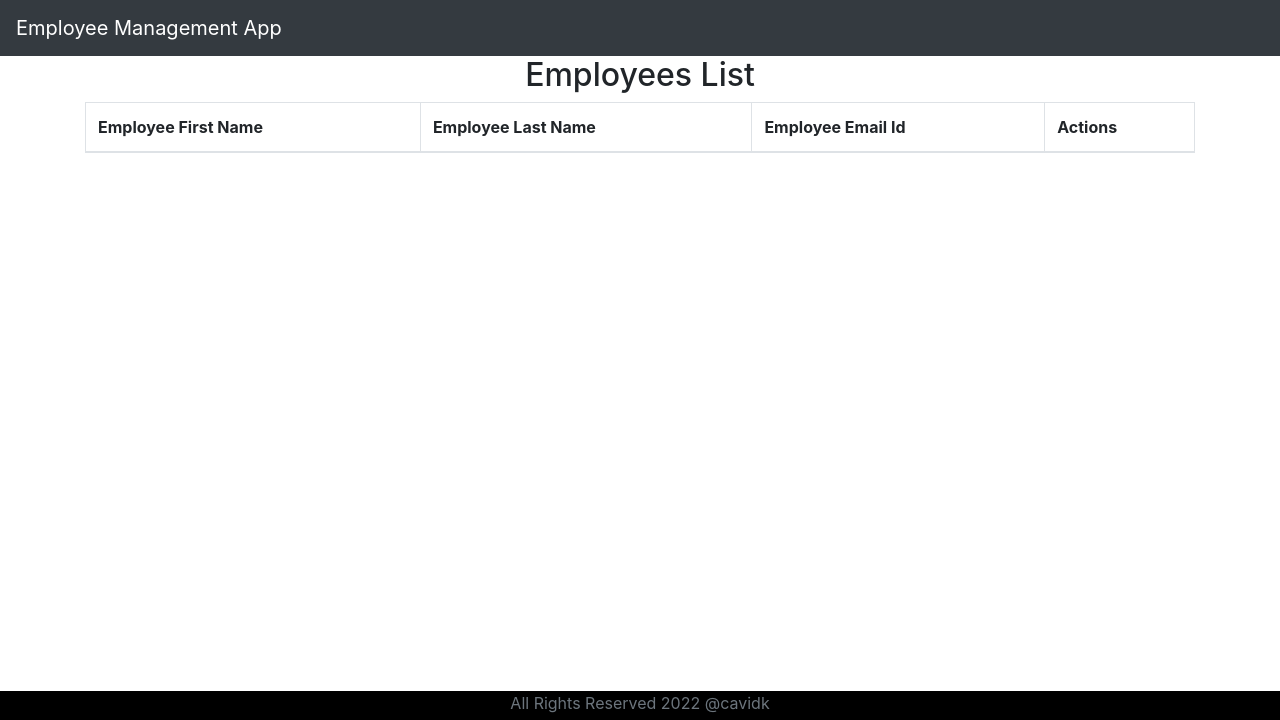
Repository: cavidk/react-springboot-crud-app-front
Page: / (app in react-fontend/)
These files come from the project's save history. The page is drawn as it stood at one moment and after the next save; the edit follows.
The browser window is 1280 px wide. The pictures show the whole page.
The page's requests for data from a server got no answer. The project was rebuilt for these pictures with package versions that can differ from the ones it lists, and the page was loaded fresh each time. No one was signed in, and anything a server would have sent is missing.

Above is the page before, as saved 2022-09-18 12:47:43.

### react-fontend/public/index.html
<!DOCTYPE html>
<html lang="en">
  <head>
    <meta charset="utf-8" />
    <link rel="icon" href="%PUBLIC_URL%/favicon.ico" />
    <meta name="viewport" content="width=device-width, initial-scale=1" />
    <meta name="theme-color" content="#000000" />
    <meta
      name="description"
      content="Web site created using create-react-app"
    />
    <link rel="apple-touch-icon" href="%PUBLIC_URL%/logo192.png" />
    <!--
      manifest.json provides metadata used when your web app is installed on a
      user's mobile device or desktop. See https://developers.google.com/web/fundamentals/web-app-manifest/
    -->
    <link rel="manifest" href="%PUBLIC_URL%/manifest.json" />
    <!--
      Notice the use of %PUBLIC_URL% in the tags above.
      It will be replaced with the URL of the `public` folder during the build.
      Only files inside the `public` folder can be referenced from the HTML.

      Unlike "/favicon.ico" or "favicon.ico", "%PUBLIC_URL%/favicon.ico" will
      work correctly both with client-side routing and a non-root public URL.
      Learn how to configure a non-root public URL by running `npm run build`.
    -->
    <title>React App</title>
    <link rel="stylesheet" href="https://cdn.jsdelivr.net/npm/bootstrap@4.0.0/dist/css/bootstrap.min.css" integrity="sha384-Gn5384xqQ1aoWXA+058RXPxPg6fy4IWvTNh0E263XmFcJlSAwiGgFAW/dAiS6JXm" crossorigin="anonymous">
  </head>
  <body>
    <noscript>You need to enable JavaScript to run this app.</noscript>
    <div id="root"></div>
    <!--
      This HTML file is a template.
      If you open it directly in the browser, you will see an empty page.

      You can add webfonts, meta tags, or analytics to this file.
      The build step will place the bundled scripts into the <body> tag.

      To begin the development, run `npm start` or `yarn start`.
      To create a production bundle, use `npm run build` or `yarn build`.
    -->
  </body>
</html>

### react-fontend/src/index.js
import React from 'react';
import ReactDOM from 'react-dom/client';
import './index.css';
import App from './App';
import reportWebVitals from './reportWebVitals';


const root = ReactDOM.createRoot(document.getElementById('root'));
root.render(
    <React.StrictMode>
      <App />
    </React.StrictMode>
 );

// If you want to start measuring performance in your app, pass a function
// to log results (for example: reportWebVitals(console.log))
// or send to an analytics endpoint. Learn more: https://bit.ly/CRA-vitals
reportWebVitals();

### react-fontend/src/App.js

import './App.css';
import ListEmployeeComponent from './components/ListEmployeeComponent';
import HeaderComponent from './components/HeaderComponent';
import FooterComponent from './components/FooterComponent';

function App() {
  return (

    <div>
          <HeaderComponent />
        <div className="container">
          <ListEmployeeComponent />
        </div>
          <FooterComponent />
    </div>
  );
}

export default App;

### react-fontend/src/App.css
.App {
  text-align: center;
}

.App-logo {
  height: 40vmin;
  pointer-events: none;
}

@media (prefers-reduced-motion: no-preference) {
  .App-logo {
    animation: App-logo-spin infinite 20s linear;
  }
}

.App-header {
  background-color: #282c34;
  min-height: 100vh;
  display: flex;
  flex-direction: column;
  align-items: center;
  justify-content: center;
  font-size: calc(10px + 2vmin);
  color: white;
}

.App-link {
  color: #61dafb;
}

@keyframes App-logo-spin {
  from {
    transform: rotate(0deg);
  }
  to {
    transform: rotate(360deg);
  }
}

.footer{
position: absolute;
bottom: 0%;
width: 100%;
height: 4%;
background-color: black;
text-align: center;
color: white;
}

### react-fontend/src/components/ListEmployeeComponent.jsx
import React, { Component } from 'react'
import EmployeeService from '../services/EmployeeService'

export default class ListEmployeeComponent extends Component {
  constructor(props){
   super(props)

   this.state = {

      employees : []
   }
  }

    componentDidMount(){
       EmployeeService.getEmployees().then((res) => {
          this.setState({employees: res.data});

   });
  }

   render() {
    return (
      <div>
        <h2 className="text-center">Employees List</h2>
        <div className="row"></div>
        <table className="table table-striped table-bordered">
          <thead>
            <tr>
             <th>Employee First Name</th>
             <th>Employee Last Name</th>
             <th>Employee Email Id</th>
             <th>Actions</th>
            </tr>
          </thead>
            <tbody>
               {
                 this.state.employees.map(
                   employee =>
                   <tr key = {employee.id}>
                       <td>{employee.firstName}</td>
                       <td>{employee.lastName}</td>
                       <td>{employee.emailId}</td>
                   </tr>
                 )
               }
            </tbody>
         </table>
      </div>
    )
  }
}

### react-fontend/src/components/HeaderComponent.js
import React, { Component } from 'react'

export default class HeaderComponent extends Component {
  render() {

    return (
       <div>
         <header>
           <nav className="navbar navbar-expand-md navbar-dark bg-dark">
        <div>
            <a href='https://github.com/cavidk' className='navbar-brand'>
              Employee Management App
            </a>
        </div>
        </nav>
         </header>
       </div>
    )
  }
}

### react-fontend/src/components/FooterComponent.jsx
import React, { Component } from 'react'

export default class FooterComponent extends Component {
  render() {
    return (
      <div>
         <footer className= "footer">

          <span className='text-muted'>All Rights Reserved 2022 @cavidk</span>
         </footer>
      </div>
    )
  }
}

### react-fontend/src/services/EmployeeService.js
import axios from 'axios';

const EMPLOYEE_APP_BASE_URL = "http://localhost:8080/api/v1/employees";

class EmployeeService{
   getEmployees(){
      return axios.get("EMPLOYEE_APP_BASE_URL", this.getEmployees);
   }
}
export default new EmployeeService()

Loaded but not shown: react-fontend/src/index.css (common file); react-fontend/src/reportWebVitals.js (common file)

After the next save:
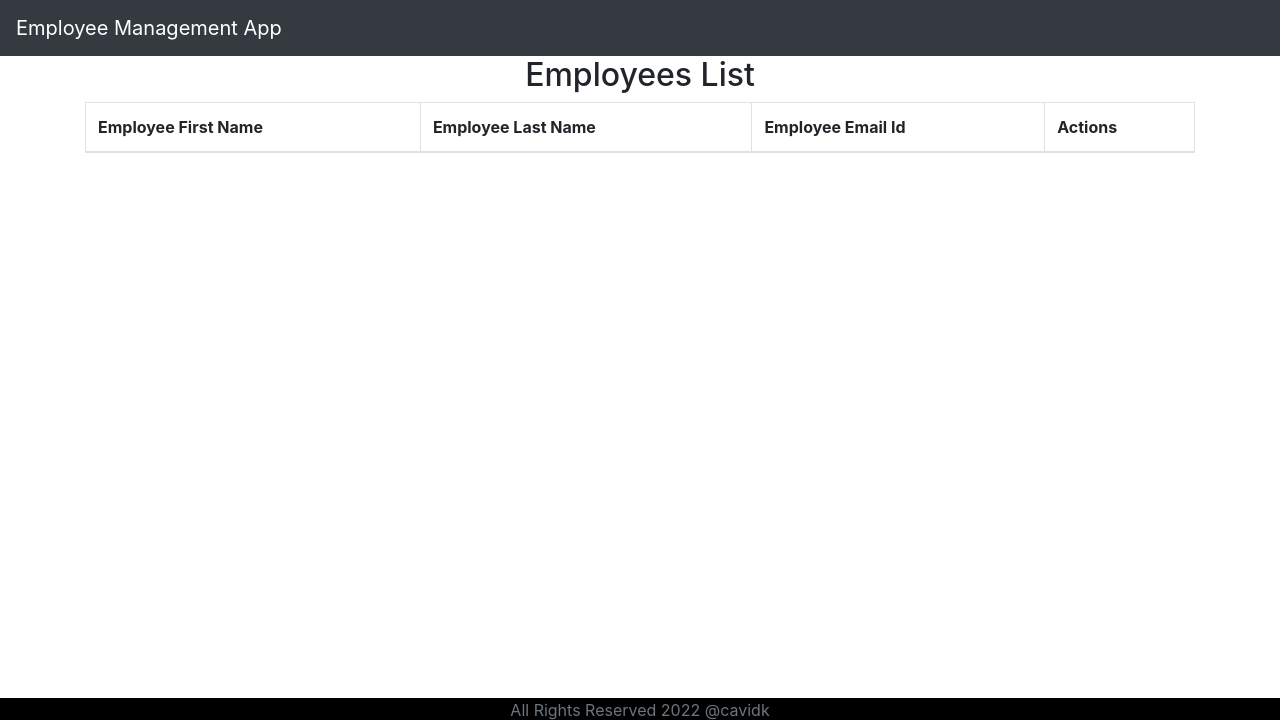
Saved 15 s later.
--- a/react-fontend/src/App.css
+++ b/react-fontend/src/App.css
@@ -41,7 +41,7 @@
 position: absolute;
 bottom: 0%;
 width: 100%;
-height: 4%;
+height: 3%;
 background-color: black;
 text-align: center;
 color: white;
